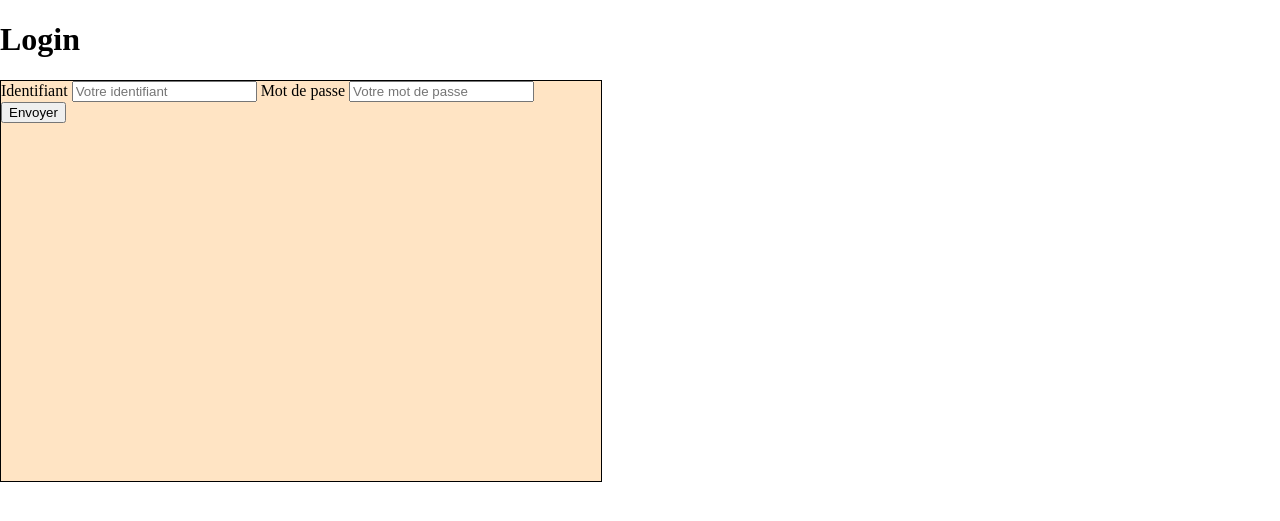
Repository: Luc010/Exercices
Page: HTML CSS/cours/formulaires/ex1.html
The author's editor kept a copy of each file at every save. The page is drawn from the files as they stood at one save, then again after a run of saves.
The browser window is 1280 px wide. The pictures show the whole page.

Above is the page before, as saved 2019-09-06 10:06:48.

After the next 3 saves:
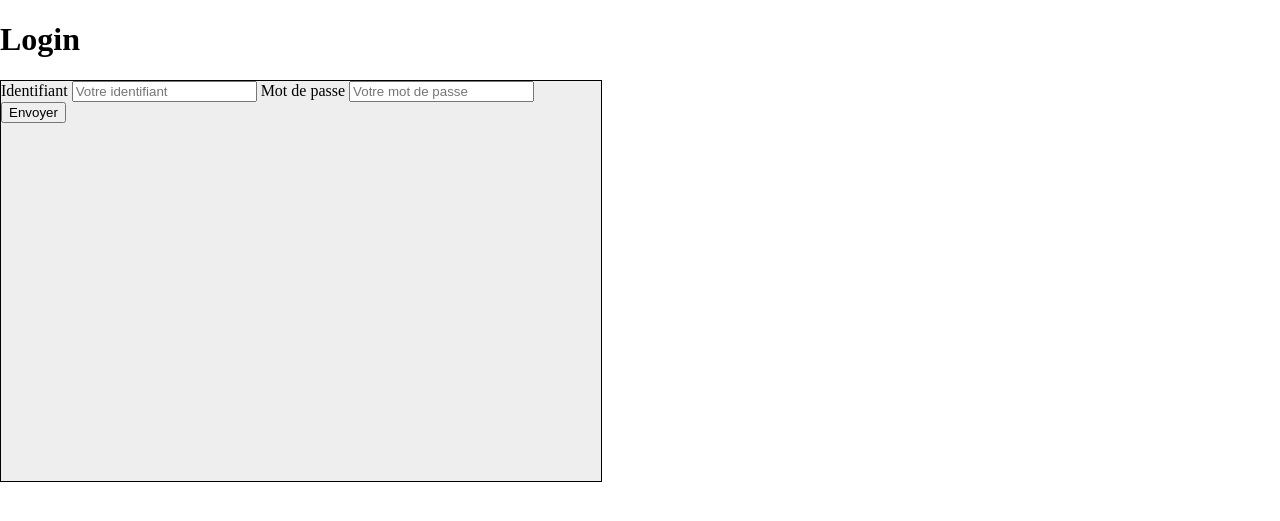
The 3 saves are shown as one change because they came seconds apart.
The last was saved 39 s later.
--- a/HTML CSS/cours/formulaires/ex1.html
+++ b/HTML CSS/cours/formulaires/ex1.html
@@ -14,7 +14,7 @@
             border: 1px solid black;
             min-height: 400px;
             width: 600px;
-            background-color: bisque;
+            background-color: #eee;
         }
     </style>
 </head>
